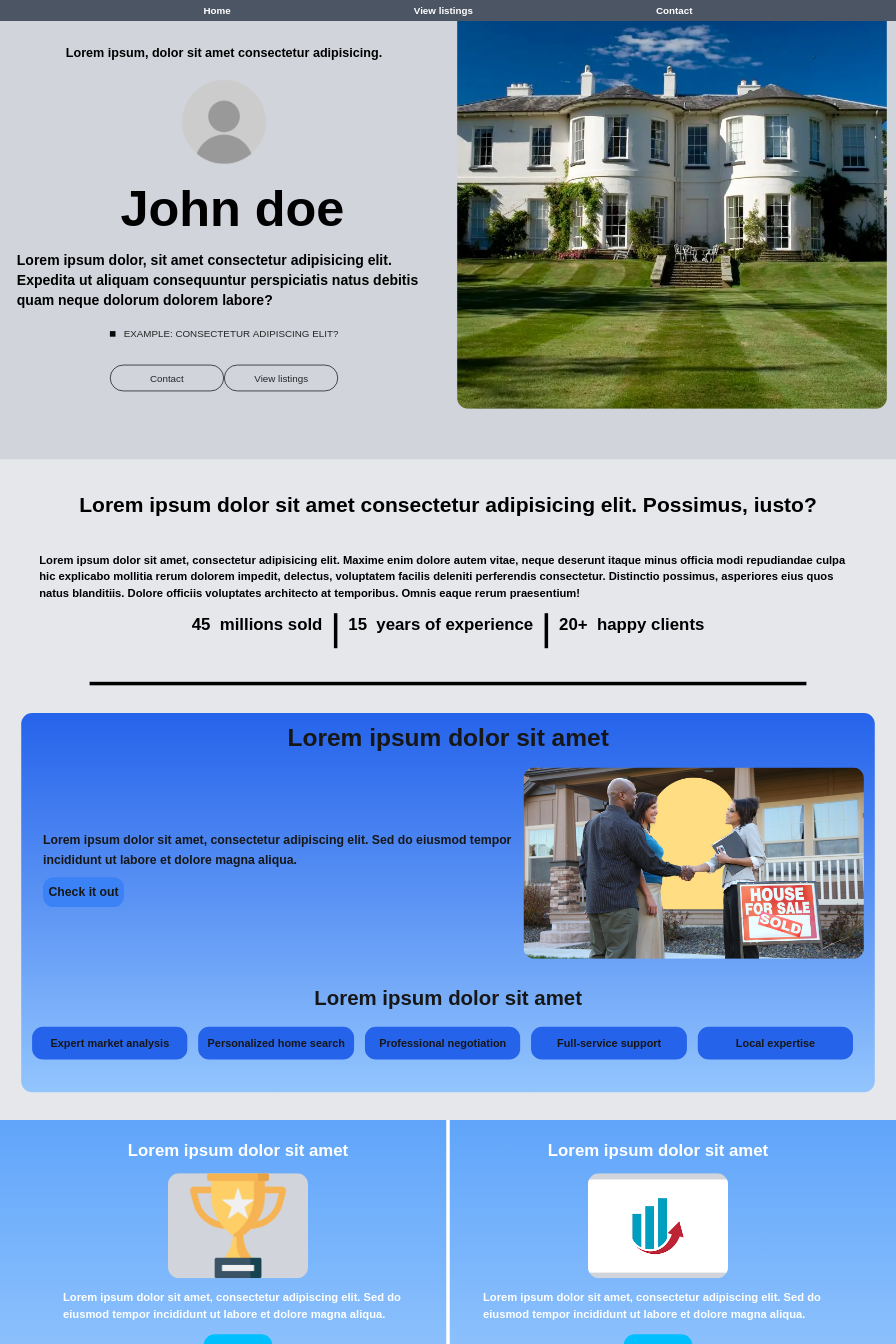
Repository: TMuse333/single-page-real-estate
Page: / (app in frontend/)
These files come from the project's save history. The page is drawn as it stood at one moment and after the next save; the edit follows.
The browser window is 1280 px wide. The pictures show the part of the page from y = 0 to 1920 px (the page is 6391 px tall), at 70% of full size.
The project was rebuilt for these pictures with package versions that can differ from the ones it lists, and the page was loaded fresh each time. The framework's server and built-in components were replaced by stand-ins that run in the browser. Also part of the build but not shown: frontend/next.config.mjs.

Above is the page before, as saved 2024-12-05 15:42:26.

### frontend/src/app/layout.tsx
import { ContextProvider } from "@/context/context";
import type { Metadata } from "next";
import localFont from "next/font/local";
import "./globals.css";

const geistSans = localFont({
  src: "./fonts/GeistVF.woff",
  variable: "--font-geist-sans",
  weight: "100 900",
});
const geistMono = localFont({
  src: "./fonts/GeistMonoVF.woff",
  variable: "--font-geist-mono",
  weight: "100 900",
});

export const metadata: Metadata = {
  title: "Bonnie Hutchins",
  description: "A sample website for Bonnie Hutchins",
};

export default function RootLayout({
  children,
}: Readonly<{
  children: React.ReactNode;
}>) {
  return (
    <html lang="en">
      <ContextProvider>


      <body
        className={`${geistSans.variable} ${geistMono.variable} antialiased`}
      >
        {children}
      </body>
      </ContextProvider>
    </html>
  );
}

### frontend/src/app/page.tsx
"use client"


import AuroraHero from "../components/auroraHero/auroraHero";
import CountUpStats from "../components/countUpStats/countUpStats";
import ExperienceCard from "../components/experienceCard/experienceCard";
import { experienceCard1, experienceCard2 ,experienceCard3,
 displayBox1, displayBox2,blogData, closingStatement, contactCard} from "@/data/data";
// import ImageTextBox from "./components/imageTextBox/imageTextBox";
import DisplayBoxes from "../components/displayBox/displayBox";
import Testimonials from "../components/testimonials/testimonials";
import ScrollCarousel from "../components/scrollCarousel/scrollCarousel";
import Closer from "../components/closer/closer";
import BigNav from "../components/navbar/bigNav";
import Footer2 from "../components/footer/footer";
import ContactCard from "../components/contactCard/contactCard";
import Herobanner from "@/components/herobanner/herobanner";
export default function Home() {
  return (
    <>

   <main className="relative w-screen overflow-x-hidden
   bg-gray-200 ">
   <BigNav
    excludedLink=""
    />
    {/* <AuroraHero/> */}
    <Herobanner/>
    <CountUpStats
    number1="45"
    number2="15.5"
    number3="20"/>

<ExperienceCard
    {...experienceCard2}
    />

    <DisplayBoxes
    data={displayBox1}
    />



<ExperienceCard
    {...experienceCard3}
    />



    <DisplayBoxes
    data={displayBox2}
    />

  <ExperienceCard
    {...experienceCard1}
    />

    <Testimonials/>

    <ScrollCarousel
    images={blogData}
    bgImage
    />



    <Closer
    {...closingStatement}
    />

<ContactCard
    {...contactCard}
    />

    <Footer2
    excludedLink=""
    />


   </main>
   </>
  );
}

### frontend/src/context/context.tsx
"use client"

import React, { createContext, useState, useContext, ReactNode, useEffect } from 'react';

// Define the type for the context value
interface GeneralContextType {

  isMobile: boolean;
  setIsMobile: React.Dispatch<React.SetStateAction<boolean>>;
  heroInView: boolean;
  setHeroInView: React.Dispatch<React.SetStateAction<boolean>>;


}

// Create the context
export const GeneralContext = createContext<GeneralContextType | undefined>(undefined);

// Create a provider component
export const ContextProvider: React.FC<{ children: ReactNode }> = ({ children }) => {
  // Initialize the value state


  // Detect mobile devices
  const [isMobile, setIsMobile] = useState<boolean>(true);

const [heroInView, setHeroInView] = useState(true)





  useEffect(() => {
    const handleScroll = () => {
      if (typeof window !== 'undefined') {
        setIsMobile(window.innerWidth <= 865);
      }
    };

    if (typeof window !== 'undefined') {
      window.addEventListener('scroll', handleScroll);
      handleScroll(); // Initial check
    }

    return () => {
      if (typeof window !== 'undefined') {
        window.removeEventListener('scroll', handleScroll);
      }
    };
  }, []);


  useEffect(() => {
    console.log('is mobile', isMobile);
  }, [isMobile]);

  const contextValue = {

    isMobile,
    setIsMobile,
    heroInView, setHeroInView

  };

  return <GeneralContext.Provider value={contextValue}>{children}</GeneralContext.Provider>;
};

export const useGeneralContext = (): GeneralContextType => {
  const context = useContext(GeneralContext);
  if (!context) {
    throw new Error('useGeneralContext must be used within a ContextProvider');
  }
  return context;
};

### frontend/src/components/countUpStats/countUpStats.tsx
"use client"
import React, {useRef} from "react";
import CountUp from "react-countup";
import { useInView} from 'framer-motion'

interface Props {
  number1: string;
  number2: string;
  number3: string;
}

const CountUpStats: React.FC<Props> = ({ number1, number2, number3 }) => {

    const ref = useRef(null)
    const inView = useInView(ref,{
        once:true
    })
  return (
    <>
    <section   ref={ref}
    className="mx-auto w-screen max-w-[1200px]
    text-black">
         <h2 className="text-center px-4 font-bold text-2xl sm:text-3xl
         my-12">Lorem ipsum dolor sit amet consectetur adipisicing elit. Possimus, iusto?</h2>
         <p className="font-semibold px-4">
            Lorem ipsum dolor sit amet, consectetur adipisicing elit. Maxime enim dolore autem vitae, neque deserunt itaque minus officia modi repudiandae culpa hic explicabo mollitia rerum dolorem impedit, delectus, voluptatem facilis deleniti perferendis consectetur. Distinctio possimus, asperiores eius quos natus blanditiis. Dolore officiis voluptates architecto at temporibus. Omnis eaque rerum praesentium!
         </p>

    <section

      className="flex mx-auto flex-col justify-center items-center mt-4
      md:flex-row font-semibold"
    >

      {/* Number 1 */}
      <div className="text-2xl mb-6 flex flex-col
      justify-center md:flex-row items-start ">
        <CountUp start={0}
          end={inView ? parseInt(number1) : 0}
         duration={2} />
         &nbsp; millions sold
         <div className="w-[50vw] h-[5px] bg-black mb-6
      md:h-[50px] md:w-[5px] mx-4 " />
      </div>

      {/* Divider */}


      {/* Number 2 */}
      <div className="text-2xl mb-6 flex flex-col
      justify-center md:flex-row items-start ">
        <CountUp start={0}
          end={inView ? parseInt(number2) : 0}
         duration={2} />
         &nbsp; years of experience
         <div className="w-[50vw] h-[5px] bg-black mb-6
      md:h-[50px] md:w-[5px] mx-4 " />
      </div>

      {/* Number 3 */}
      <div className="text-2xl mb-6 flex flex-col
      justify-center md:flex-row items-start mb-auto">
        <CountUp start={0}
          end={inView ? parseInt(number3) : 0}
         duration={2} />
         +&nbsp; happy clients

      </div>
    </section>
    </section>

    <div className="w-[80vw] max-w-[1200px]
    mx-auto h-[5px] bg-black"
    />

    </>
  );
};

export default CountUpStats;

### frontend/src/components/displayBox/displayBox.tsx
import React from "react";
import Image from 'next/image'
import Link from "next/link";


interface ElementProps {
    title:string,
    src:string,
    alt:string,
    description:string,
    buttonText:string,
    destination:string
}

const Element:React.FC<ElementProps> = ({
    title,src,alt,description,buttonText,
    destination
}) => {

    return (
        <section className="w-[90vw] mx-auto flex
        mt-2
        flex-col justify-center items-center relative

        sm:w-[45vw] max-w-[500px] mb-8">
            <h2 className="text-white text-center
            text-2xl mb-4 font-semibold">{title}</h2>
            <Image
            src={src}
            alt={alt}
            width={600}
            height={1300}
            className='w-[40vw]  h-[20vw]
            max-h-[150px] mx-auto object-contain
            max-w-[200px] bg-gray-300 rounded-2xl'
            />
            <p className="text-white my-4 font-semibold">{description}</p>
            <button className="bg-[#00bfff]
            p-2 rounded-2xl text-white">
                <Link href={destination}>
                    {buttonText}
                </Link>
            </button>


        </section>

    )
}

interface DisplayBoxProps {
    data:ElementProps[]
}

    const DisplayBoxes:React.FC<DisplayBoxProps> = ({
        data
    }) => {

        return (
            <section className="w-screen relative
            bg-gradient-to-b from-blue-400 to-blue-300 "
            >


            <section className="flex flex-col
            sm:grid grid-cols-2 justify-center
            items-center max-w-[1200px]
            mx-auto bg-gradient-to-b from-blue-400 to-blue-300
             pt-5">
                <div className="absolute
                top-1/2 w-full
                 sm:top-0
                left-1/2 -translate-x-1/2 h-[5px]
                 md:h-full
                sm:w-[5px] bg-white"/>
                {data.map((data, index) => (
                    <Element
                    {...data}
                    key={index}
                    />
                ))}
            </section>
            </section>

        )
    }


    export default DisplayBoxes

### frontend/src/components/closer/closer.tsx
"use client"

import React, { useRef} from "react";
import Link from "next/link";
import {motion, useInView} from 'framer-motion'
import Image from "next/image";


interface Props {
    image:string,
    title:string,
    description:string,
    buttonText:string,
    destination:string

}

const Closer: React.FC<Props> = ({image,title,description,
destination,buttonText}) => {

    const ref = useRef(null)

    const inView = useInView(ref,{
        once:true
    })

      const variants = {
        initial:{
            opacity:0,
            x:-100
        },
        animate:{
            x:0,
            opacity:1,
            transition:{
                opacity:{
                    duration:0.5
                }
            }
        }

      }

      const textVariants = {
        initial:{
            y:-20,
            opacity:0
        },
        animate:{
            opacity:1,
            y:0,
            transition:{
                delay:0.5
            }
        }
      }

    return (
        <motion.section ref={ref}

        className={`w-screen text-white h-[600px]
        relative flex flex-col items-center justify-center
        bg-center
        `}
        variants={variants}
        initial='initial'
        animate={inView ? 'animate' : 'initial'}
        >
            <Image src={image}
            alt="A background image of cash to signifies how you cash sell your houses fast for cash with ontario cash for houses"
            className='absolute w-full h-full
            object-cover'
                style={{
                    filter:'brightness(0.6)'
                }}
                width={600}
                height={1300}
            />

            <motion.div className="-mt-12 relative z-[4]"
              variants={textVariants}
              initial='initial'
              animate={inView ? 'animate' : 'initial'}>
            <motion.h4

            className="pl-4 text-3xl  ">{title}
            </motion.h4>

            <p className="mt-4 text-left pl-4 pr-4
            max-w-[800px] sm:text-xl ">{description}</p>

            <Link href={destination}
            passHref>
                <button className="mt-6 text-black
                bg-white ml-4 hover:bg-blue-500
                transition-all hover:text-white
                hover:scale-[1.05] p-3
                rounded-xl">
                {buttonText}
                </button>
            </Link>
            </motion.div>
        </motion.section>
    )
}

export default Closer

### frontend/src/components/contactCard/contactCard.tsx
import Image from "next/image";
import Link from "next/link";
import React from "react";



interface Props {
    src:string,
    alt:string,
    name:string,
    title:string
    description:string,
    quote:string
    phone:string,
    email:string,
    socials:{
        src:string,
        destination:string,
        alt:string
    }[]
}


const ContactCard:React.FC<Props> = ({
    src,alt,name,
    phone,email,socials,title,quote
}) => {


    return (
        <section className="mx-auto flex flex-col
        md:flex-row max-w-[1200px] my-12">
            <section className="text-center
            md:w-[33vw] max-w-[400px]">
                <h3 className="mb-2 font-bold
                text-3xl">{name}</h3>
                <h4 className="mb-2 font-semibold
                whitespace-pre-line">{title}</h4>
                <p className="mb-2 px-4">{quote}</p>
            </section>
            <section className="md:w-[33vw] max-w-[400px]">
                <Image
                src={src}
                alt={alt}
                className='w-[70vw]
                object-contain mx-auto
                max-w-[200px] hax-h-[250px]'
                width={600}
                height={1300}
                />
            </section>
            <section className="text-center  md:w-[33vw] max-w-[400px]">
                <h3 className="mb-2 text-2xl font-semibold">Contact Information</h3>
                <p className="mb-2 font-semibold">{phone}</p>
                <p className="mb-2 font-semibold whitespace-pre-line

                leading-6">{email}</p>
                {/* <ul className="flex items-center w-full
                ">
                    {socials.map((social,index)=>(
                        <li className="mx-auto"
                        key={index}
                        >
                            <Image
                            src={social.src}
                            alt={social.alt}
                            className='w-[100px]
                            object-contain'
                            width={600}
                            height={1300}
                            />
                            <Link
                            href={social.destination}
                            />
                        </li>
                    ))}
                </ul> */}
            </section>

        </section>
    )
}

export default ContactCard

### frontend/src/components/herobanner/herobanner.tsx
import Image from "next/image";
// import Link from "next/link";
import React from "react";
// import tom from '../../../public/thomas-full-body-1-nogb.png'
// import full from '../../../public/smile-tom.png'
import side from '../../../public/placeholder.png'
import home from '../../../public/home.webp'
import { TypeWriter } from "../typeWriter/typeWriter";
// import half from '../../../public/smiley-tom-half.png'
const Herobanner = () => {

    return (


       <header className="flex flex-col md:flex-row
       md:h-screen relative items-center
       mx-auto max-w-[2200px] text-black
       md:mt-[-4rem]  bg-gray-300"
    //    style={{
    //     background: 'radial-gradient(circle, #00bfff -150%, rgba(0, 191, 255, 0%) 80%)'
    //   }}
      >

        <section className="flex flex-col
        md:w-[50vw] justify-center
        items-center bg-gray-300 py-4">
             <h2 className="mx-auto p-3
             text-center
           text-lg mt-4 font-semibold ">
           Lorem ipsum, dolor sit amet consectetur adipisicing.

            </h2>


            <Image
            src={side}


            height={600}
            width={1300}
            alt='A full body image of Thomas Musial'
            className="w-[80vw] h-[20vh] object-contain mx-auto
           rounded-full bg-gray-600 md:bg-transparent

            "
            />
            <h1 className="font-semibold
            text-5xl sm:text-6xl md:text-7xl
             mt-4 text-center md:text-start md:pl-6">John doe</h1>
            <p className="mx-auto p-6 font-semibold
            text-xl">
              Lorem ipsum dolor, sit amet consectetur adipisicing elit. Expedita ut aliquam consequuntur perspiciatis natus debitis quam neque dolorum dolorem labore?
            </p>
            <TypeWriter
            />
            {/* <section className="flex mr-auto ml-6">
                <button className="bg-[#00bfff] p-3
                rounded-2xl mr-6">Contact</button>
                <button className="bg-[#00bfff] p-3
                rounded-2xl mr-6">View listings</button>
            </section> */}
            </section>

            <Image
            src={home}


            height={600}
            width={1300}
            alt='A full body image of Thomas Musial'
            className="w-[48vw]  rounded-2xl  object-cover mx-auto
 bg-gray-300  md:block h-[80vh] mt-auto mb-auto


            "
            />






       </header>
    )
}

export default Herobanner

Loaded but not shown: frontend/src/app/globals.css (common file); frontend/tailwind.config.ts (common file); frontend/src/components/navbar/bigNav.tsx (512 lines, source omitted); frontend/src/components/experienceCard/experienceCard.tsx (191 lines, source omitted); frontend/src/data/data.ts (173 lines, source omitted); frontend/src/components/testimonials/testimonials.tsx (127 lines, source omitted); frontend/src/components/scrollCarousel/scrollCarousel.tsx (161 lines, source omitted); frontend/src/components/footer/footer.tsx (178 lines, source omitted); frontend/src/components/typeWriter/typeWriter.tsx (129 lines, source omitted); frontend/src/components/slidingText/slidingText.tsx (85 lines, source omitted)

After the next save:
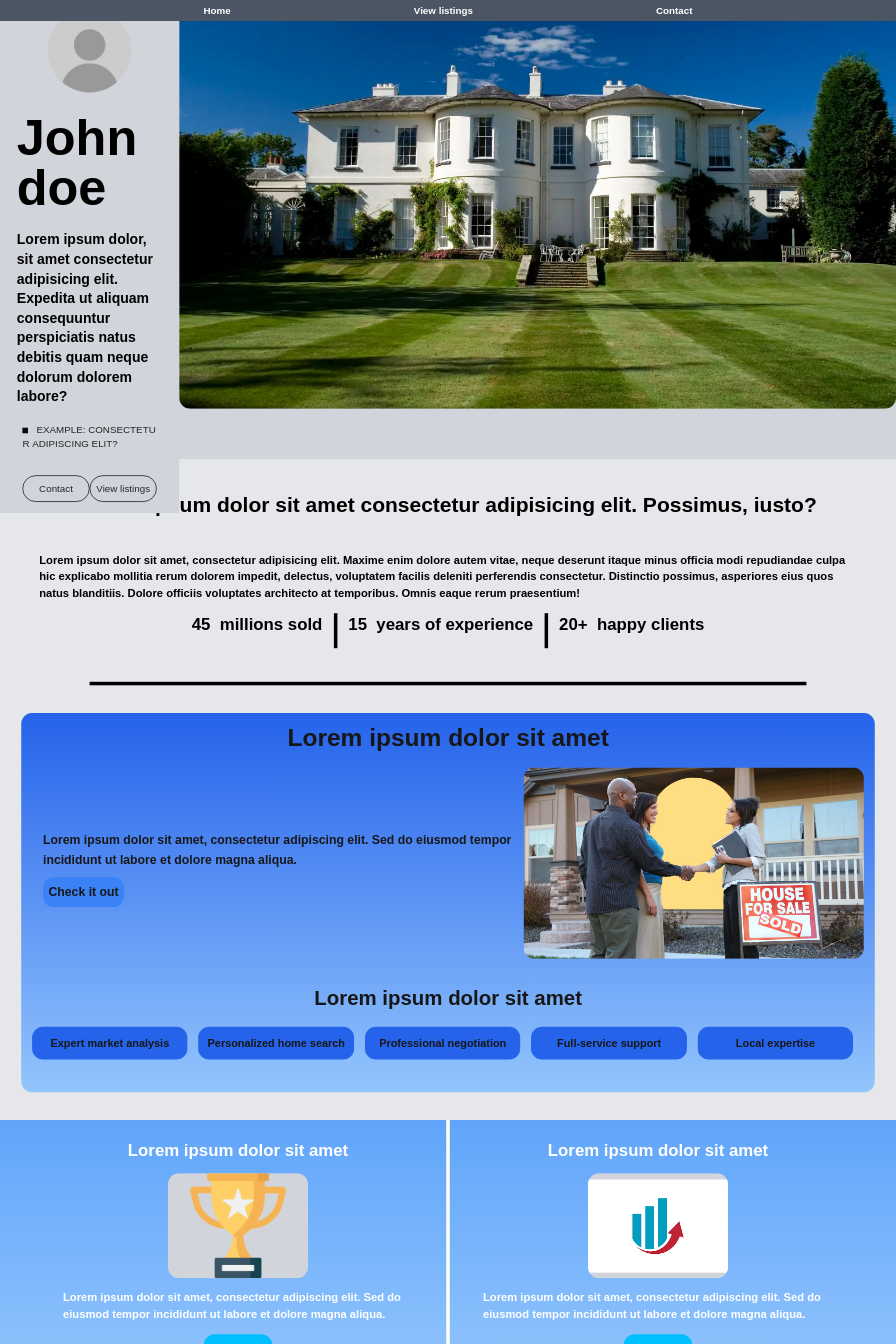
Saved 13 s later.
--- a/frontend/src/components/herobanner/herobanner.tsx
+++ b/frontend/src/components/herobanner/herobanner.tsx
@@ -68,7 +68,7 @@
             height={600}
             width={1300}
             alt='A full body image of Thomas Musial'
-            className="w-[48vw]  rounded-2xl  object-cover mx-auto
+            className="md:w-w-[48vw]  rounded-2xl  object-cover mx-auto
  bg-gray-300  md:block h-[80vh] mt-auto mb-auto
 
 

After the 3 saves that followed:
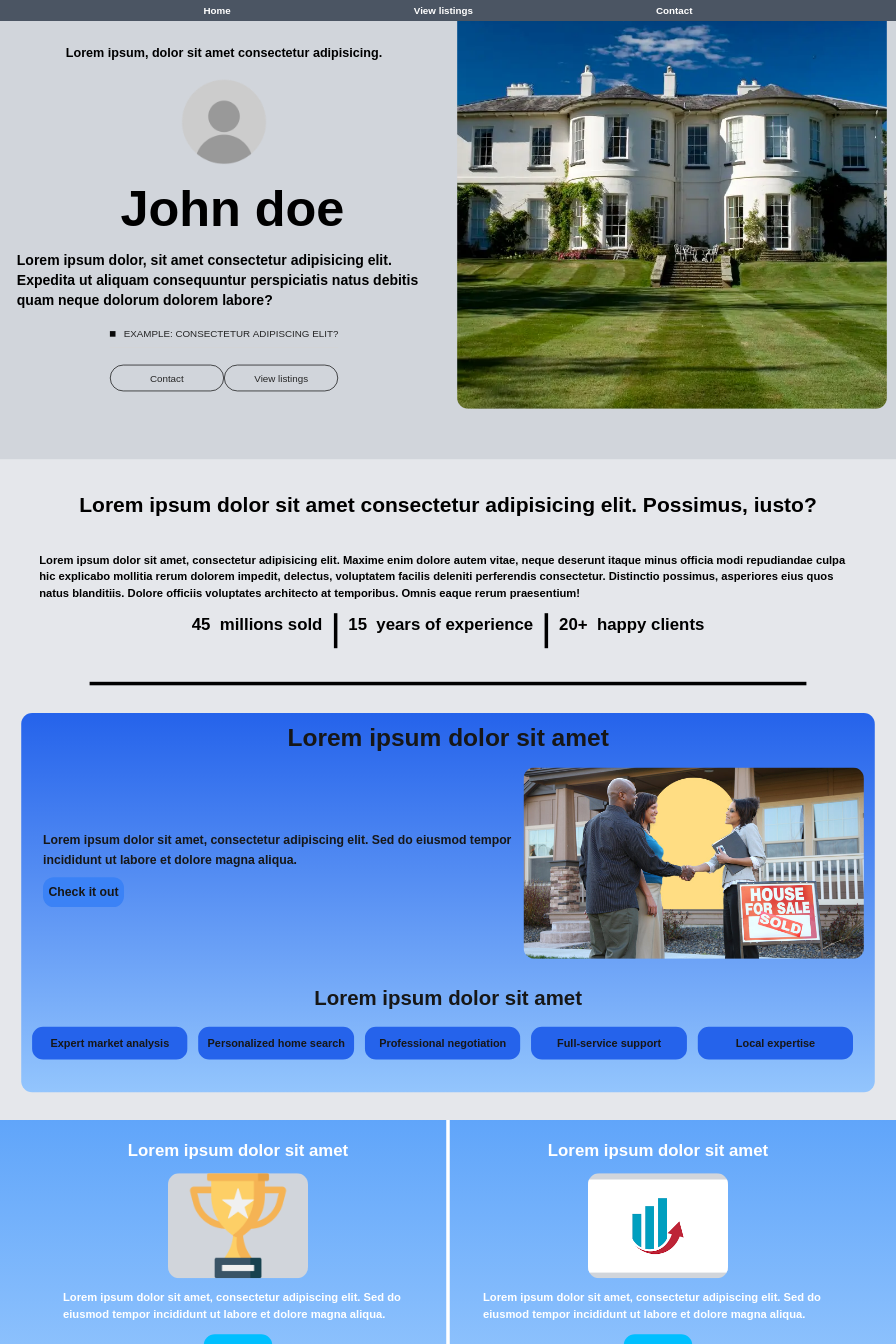
The 3 saves are shown as one change because 1 left the picture as it was and some came seconds apart.
The last was saved 18 s later.
--- a/frontend/src/components/herobanner/herobanner.tsx
+++ b/frontend/src/components/herobanner/herobanner.tsx
@@ -68,7 +68,7 @@
             height={600}
             width={1300}
             alt='A full body image of Thomas Musial'
-            className="md:w-w-[48vw]  rounded-2xl  object-cover mx-auto
+            className="w-[98vw] md:w-[48vw]  rounded-2xl  object-cover mx-auto
  bg-gray-300  md:block h-[80vh] mt-auto mb-auto
 
 
